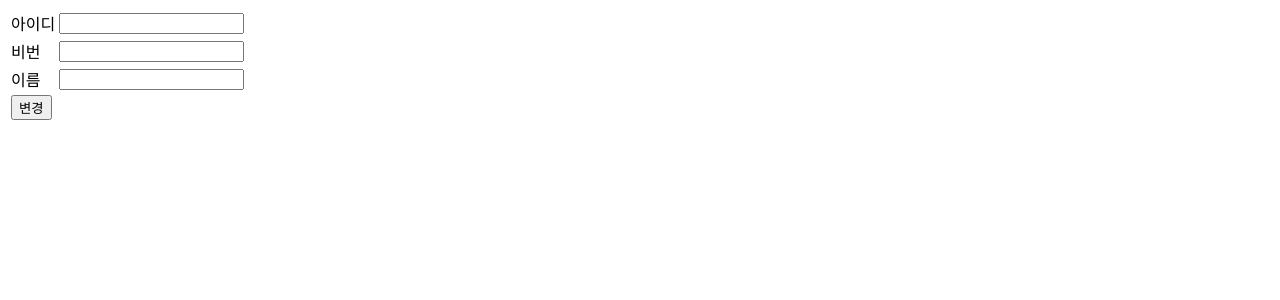
Repository: juntae710/acorn_web
Page: http://localhost/ptj0829/updateForm.jsp
An editor plug-in stored every save of this project. The page is shown before and after a run of saves, followed by the edit.
The browser window is 1280 px wide. The pictures show the whole page.
The page is served by Tomcat 9.

Above is the page before, as saved 2023-08-29 01:28:38.

After the next 2 saves:
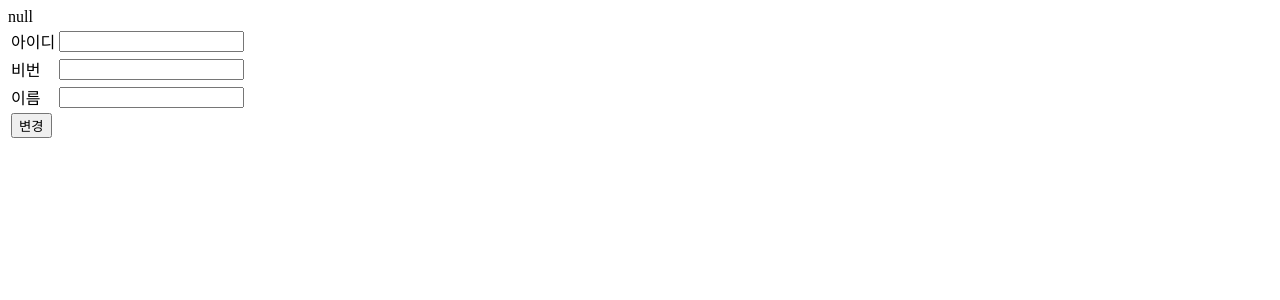
The 2 saves are shown as one change because 1 did not build or start.
The last was saved 4 min 40 s later.
--- a/ptj0829/src/main/webapp/updateForm.jsp
+++ b/ptj0829/src/main/webapp/updateForm.jsp
@@ -1,5 +1,9 @@
 <%@ page language="java" contentType="text/html; charset=UTF-8"
 	pageEncoding="UTF-8"%>
+	<%
+	String userid = request.getParameter("userid");
+	out.println(userid);
+	%>
 <!DOCTYPE html>
 <html>
 <head>
